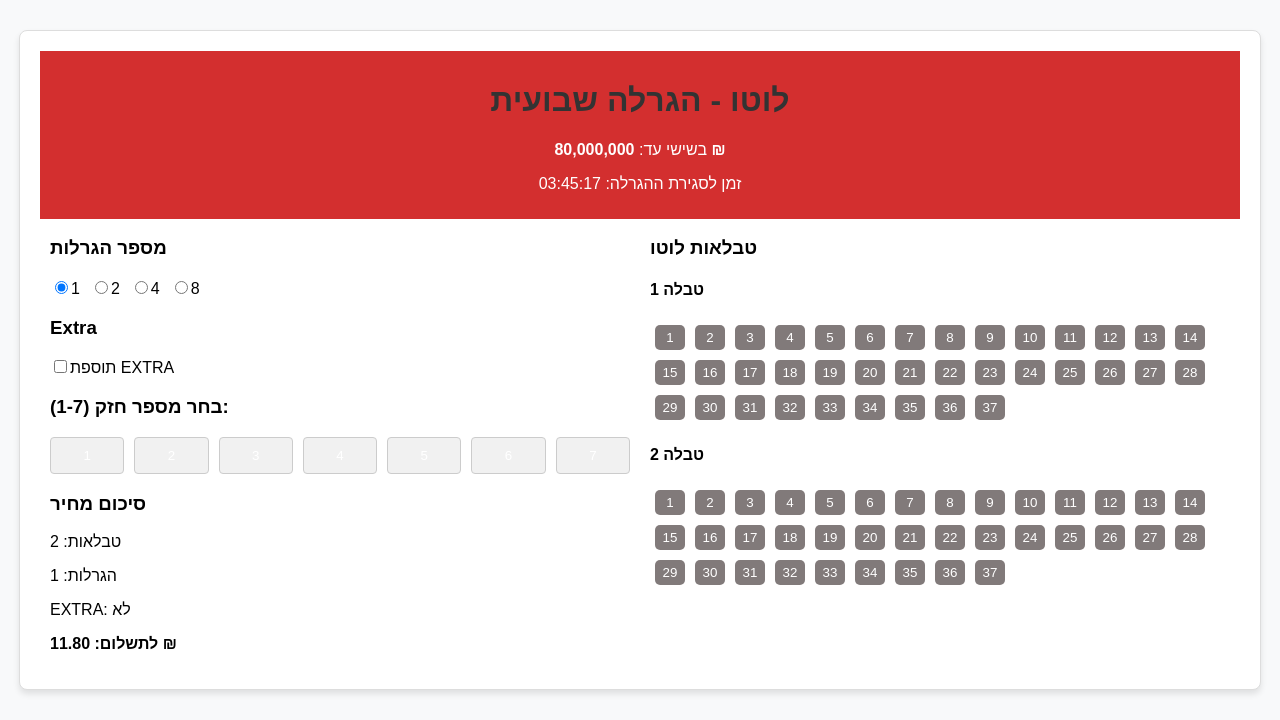
Repository: Giltih/LottoForm1
Page: /
The author's editor kept a copy of each file at every save. The page is drawn from the files as they stood at one save, then again after the next save.
The browser window is 1280 px wide. The pictures show the whole page.
The project was rebuilt for these pictures with package versions that can differ from the ones it lists, and the page was loaded fresh each time. Also part of the build but not shown: vite.config.ts.

Above is the page before, as saved 2025-02-09 20:25:18.

### src/index.css

body {
  font-family: Arial, sans-serif;
  background-color: #f4f4f9;
  margin: 0;
  padding: 0;
}

h1, h2 {
  color: #333;
}

button {
  background-color: #4CAF50;
  color: white;
  border: none;
  border-radius: 5px;
  padding: 10px;
  cursor: pointer;
}

button:hover {
  background-color: #45a049;
}

### src/App.tsx
import React, { useState } from 'react';
import Header from './components/Header';
import LotteryAmountSelector from './components/LotteryAmountSelector';
import ExtraOption from './components/ExtraOption';
import StrongNumberSelector from './components/StrongNumberSelector';
import LottoForm from './components/LottoForm';
import PriceSummary from './components/PriceSummary';
import './App.css';

const App: React.FC = () => {
  const tableCount = 2;
  // const [tableCount, setTableCount] = useState(2);
  const [draws, setDraws] = useState(1);
  const [isExtraSelected, setIsExtraSelected] = useState(false);
  const [strongNumber, setStrongNumber] = useState<number>(0);
  const [selectedNumbers, setSelectedNumbers] = useState<number[][]>(
    Array(14).fill([])
  );

  const handleNumberSelect = (tableIndex: number, number: number) => {
    const newSelectedNumbers = [...selectedNumbers];
    const tableNumbers = newSelectedNumbers[tableIndex] || [];

    if (tableNumbers.includes(number)) {
      newSelectedNumbers[tableIndex] = tableNumbers.filter((num) => num !== number);
    } else if (tableNumbers.length < 6) {
      newSelectedNumbers[tableIndex] = [...tableNumbers, number];
    }

    setSelectedNumbers(newSelectedNumbers);
  };

  return (
    <div className="app-container">
      <Header />
      <div className="main-content">
        <div className="left-section">
          <LotteryAmountSelector selectedDraws={draws} onChange={setDraws} />
          <ExtraOption isSelected={isExtraSelected} onChange={setIsExtraSelected} />
          <StrongNumberSelector selectedStrongNumber={strongNumber} onStrongNumberSelect={setStrongNumber} />
          <PriceSummary tables={tableCount} draws={draws} isExtraSelected={isExtraSelected} />
        </div>
        <div className='middle-section'></div>
        <div className="right-section">
          <LottoForm
            tableCount={tableCount}
            selectedNumbers={selectedNumbers}
            onNumberSelect={handleNumberSelect}
          />
        </div>
      </div>
    </div>
  );
};

export default App;

### src/components/Header.tsx
import React from 'react';

const Header: React.FC = () => {
  return (
    <header style={{ backgroundColor: '#d32f2f', color: '#fff', padding: '10px', textAlign: 'center' }}>
      <h1>לוטו - הגרלה שבועית</h1>
      <p>בשישי עד: <span style={{ fontWeight: 'bold' }}>80,000,000 ₪</span></p>
      <p>זמן לסגירת ההגרלה: 03:45:17</p>
    </header>
  );
};

export default Header;

### src/components/LotteryAmountSelector.tsx
import React from 'react';

interface Props {
  selectedDraws: number;
  onChange: (count: number) => void;
}

const LotteryAmountSelector: React.FC<Props> = ({ selectedDraws, onChange }) => {
  const options = [1, 2, 4, 8];

  return (
    <div>
      <h3>מספר הגרלות</h3>
      {options.map((count) => (
        <label key={count} style={{ marginRight: '10px' }}>
          <input
            type="radio"
            value={count}
            checked={selectedDraws === count}
            onChange={() => onChange(count)}
          />
          {count}
        </label>
      ))}
    </div>
  );
};

export default LotteryAmountSelector;

### src/components/ExtraOption.tsx
import React from 'react';

interface Props {
  isSelected: boolean;
  onChange: (selected: boolean) => void;
}

const ExtraOption: React.FC<Props> = ({ isSelected, onChange }) => {
  return (
    <div>
      <h3>Extra</h3>
      <label>
        <input type="checkbox" checked={isSelected} onChange={(e) => onChange(e.target.checked)} />
        תוספת EXTRA
      </label>
    </div>
  );
};

export default ExtraOption;

### src/components/StrongNumberSelector.tsx
import React from 'react';

interface StrongNumberSelectorProps {
  onStrongNumberSelect: (number: number) => void;
  selectedStrongNumber: number ;
}

const StrongNumberSelector: React.FC<StrongNumberSelectorProps> = ({ onStrongNumberSelect, selectedStrongNumber }) => {
  return (
    <div>
      <h3>בחר מספר חזק (1-7):</h3>
      <div style={{ display: 'grid', gridTemplateColumns: 'repeat(7, 1fr)', gap: '10px' }}>
        {Array.from({ length: 7 }, (_, i) => i + 1).map((num) => (
          <button
            key={num}
            style={{
              padding: '10px',
              backgroundColor: selectedStrongNumber === num ? '#ff9800' : '#f1f1f1',
              border: '1px solid #ccc',
              borderRadius: '4px',
            }}
            onClick={() => onStrongNumberSelect(num)}
          >
            {num}
          </button>
        ))}
      </div>
    </div>
  );
};

export default StrongNumberSelector;

### src/components/LottoForm.tsx
import React from 'react';

interface Props {
  tableCount: number;
  selectedNumbers: number[][];
  onNumberSelect: (tableIndex: number, number: number) => void;
}

const LottoForm: React.FC<Props> = ({ tableCount, selectedNumbers, onNumberSelect }) => {
  const numbers = Array.from({ length: 37 }, (_, i) => i + 1); // מספרים 1-37

  return (
    <div>
      <h3>טבלאות לוטו</h3>
      {Array.from({ length: tableCount }, (_, tableIndex) => (
        <div key={tableIndex} style={{ marginBottom: '20px' }}>
          <h4>טבלה {tableIndex + 1}</h4>
          <div className='numbersGrid'>
            {numbers.map((number) => (
              <button
                key={number}
                className = {selectedNumbers[tableIndex]?.includes(number)
                ? 'selected'
                : ''}
                onClick={() => onNumberSelect(tableIndex, number)}
              >
                {number}
              </button>
            ))}
          </div>
        </div>
      ))}
    </div>
  );
};

export default LottoForm;

### src/components/PriceSummary.tsx
import React from 'react';

interface Props {
  tables: number;
  draws: number;
  isExtraSelected: boolean;
}

const PriceSummary: React.FC<Props> = ({ tables, draws, isExtraSelected }) => {
  const pricePerTable = 5.9;
  const extraPrice = isExtraSelected ? 2.0 : 0.0;
  const totalPrice = (tables * pricePerTable + extraPrice) * draws;

  return (
    <div>
      <h3>סיכום מחיר</h3>
      <p>טבלאות: {tables}</p>
      <p>הגרלות: {draws}</p>
      <p>EXTRA: {isExtraSelected ? 'כן' : 'לא'}</p>
      <p style={{ fontWeight: 'bold' }}>לתשלום: {totalPrice.toFixed(2)} ₪</p>
    </div>
  );
};

export default PriceSummary;

### src/App.css
body {
  font-family: Arial, sans-serif;
  background-color: #f8f9fa;
  margin: 0;
  padding: 0;
  display: flex;
  justify-content: center;
  align-items: center;
  height: 100vh;
}

.app-container {
  max-width: 1200px;
  width: 100%;
  background-color: #ffffff;
  border: 1px solid #ddd;
  border-radius: 8px;
  padding: 20px;
  box-shadow: 0 4px 6px rgba(0, 0, 0, 0.1);
}

.main-content {
  display: flex;
  justify-content: space-between;
}

.left-section,
.right-section {
  flex: 1;
  margin: 0 10px;
}

button {
  border: none;
  cursor: pointer;
  transition: background-color 0.3s;
}

button:hover {
  background-color: #b3e5fc;
}

.numbersGrid {
  display: 'grid';
  grid-template-columns: 'repeat(9, 1fr)';
  gap: '5px' ;
}

.numbersGrid button {
  padding: 5px;
  margin: 5px;
  background-color: #817a7a;
  min-width:30px;

}

.numbersGrid button.selected {
  background-color: #487184;
}

Loaded but not shown: index.html (common file); src/main.tsx (common file)

After the next save:
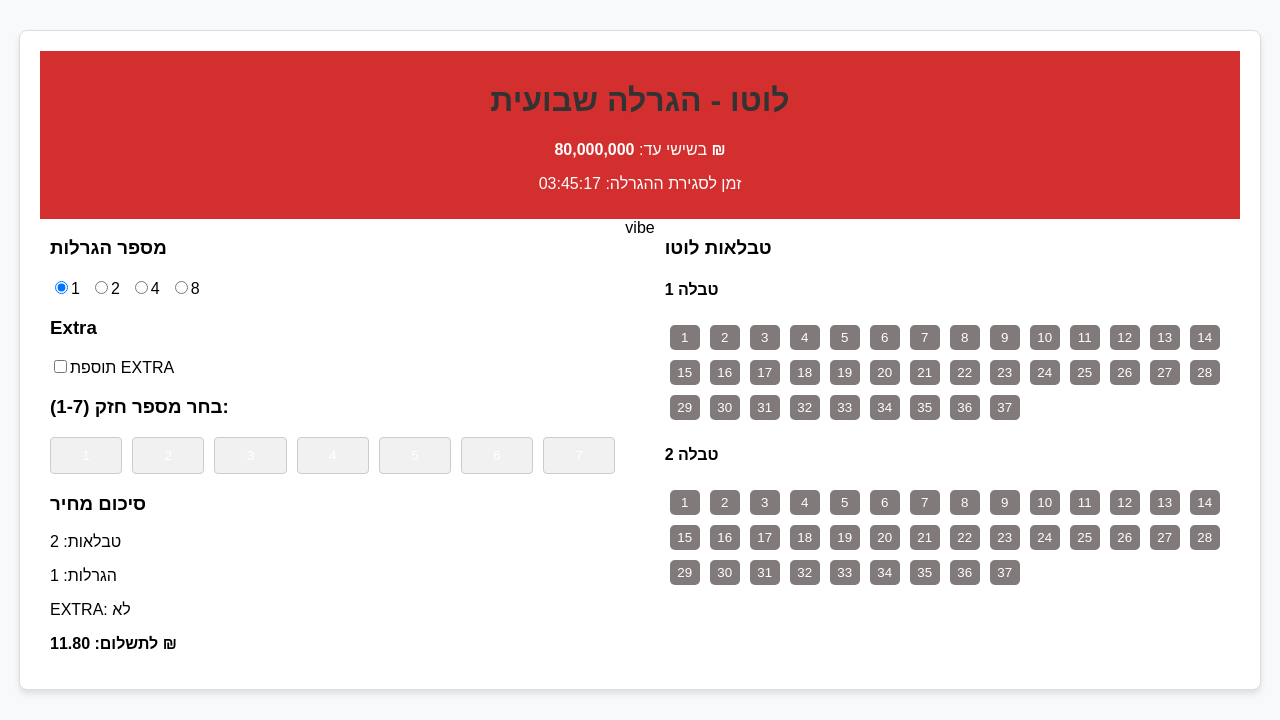
Saved 5 s later.
--- a/src/App.tsx
+++ b/src/App.tsx
@@ -40,7 +40,7 @@
           <StrongNumberSelector selectedStrongNumber={strongNumber} onStrongNumberSelect={setStrongNumber} />
           <PriceSummary tables={tableCount} draws={draws} isExtraSelected={isExtraSelected} />
         </div>
-        <div className='middle-section'></div>
+        <div className='middle-section'>vibe</div>
         <div className="right-section">
           <LottoForm
             tableCount={tableCount}
